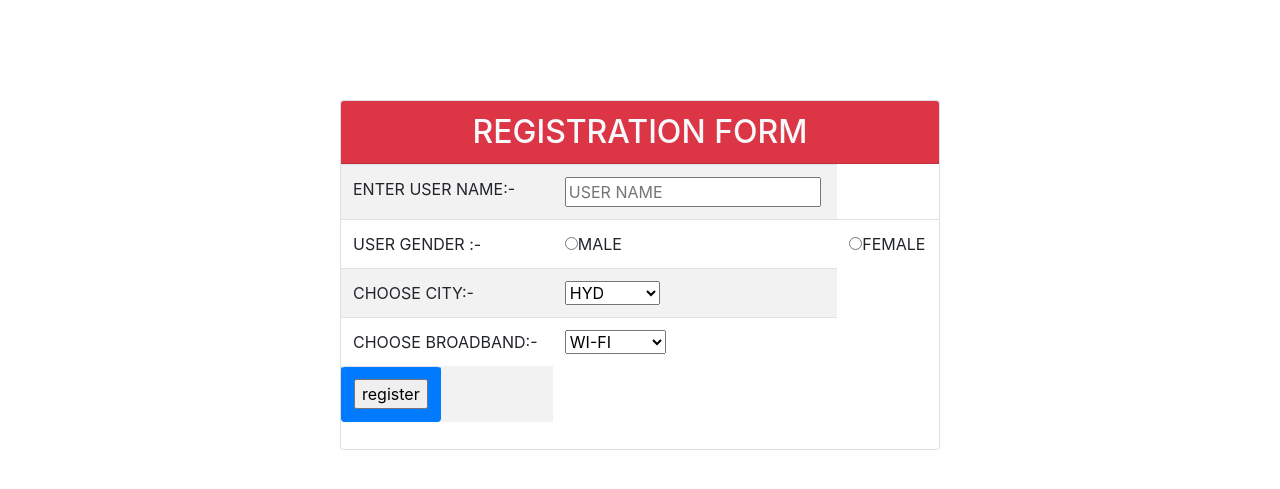
Repository: REDDI-BHARGAV/project
Page: PROJECT/src/main/webapp/WEB-INF/FORM.html
An editor plug-in stored every save of this project. The page is shown before and after the next save, followed by the edit.
The browser window is 1280 px wide. The pictures show the whole page.

Above is the page before, as saved 2022-07-26 11:28:42.

After the next save:
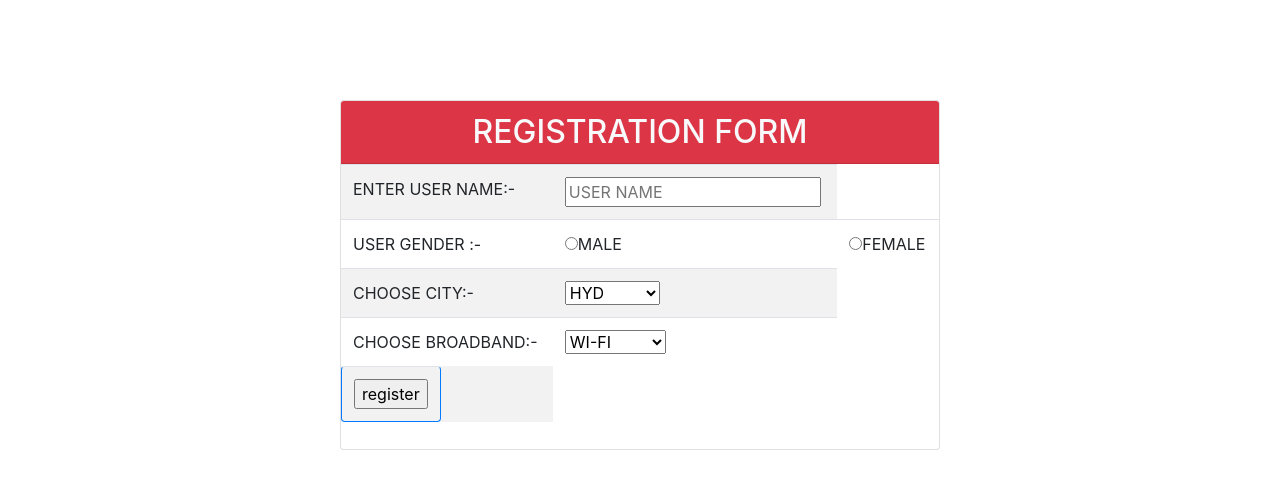
Saved 34 s later.
--- a/PROJECT/src/main/webapp/WEB-INF/FORM.html
+++ b/PROJECT/src/main/webapp/WEB-INF/FORM.html
@@ -50,7 +50,7 @@
 				</tr>
 
 				<tr>
-					<td class="btn  btn btn-primary"><input type="submit" value="register"></td>
+					<td class="btn btn-outline-primary"><input type="submit" value="register"></td>
 				</tr>
 
 			</table>
